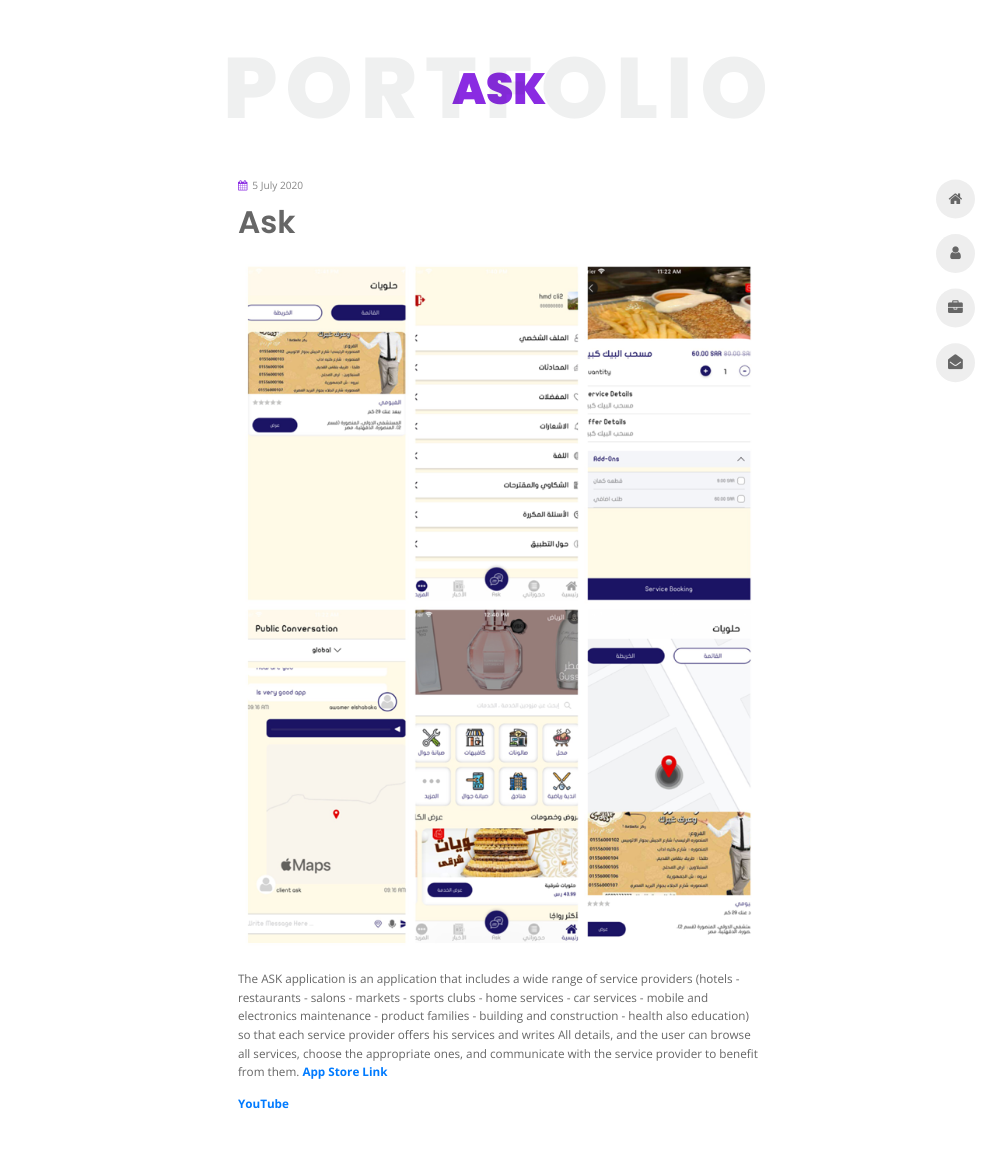
Repository: mhamdimno/mywebsite
Page: projects/gas_station_marsol_seller/index.html
An editor plug-in stored every save of this project. The page is shown before and after the next save, followed by the edit.
The browser window is 1280 px wide. The pictures show the whole page, at 78% of full size.

Above is the page before, as saved 2021-09-14 22:44:01.

### projects/gas_station_marsol_seller/index.html
<!DOCTYPE html>
<html lang="en">

<head>
    <meta charset="utf-8">
    <title>Portfoilio | Ask</title>
    <meta name="viewport" content="width=device-width, initial-scale=1">

    <!-- Template Google Fonts -->
    <link href="https://fonts.googleapis.com/css?family=Poppins:400,400i,500,500i,600,600i,700,700i,800,800i,900,900i" rel="stylesheet">
    <link href="https://fonts.googleapis.com/css?family=Open+Sans:300,400,400i,600,600i,700" rel="stylesheet">

    <!-- Template CSS Files -->
    <link href="../../css/bootstrap.min.css" rel="stylesheet">
    <link href="../../css/preloader.min.css" rel="stylesheet">
    <link href="../../css/circle.css" rel="stylesheet">
    <link href="../../css/font-awesome.min.css" rel="stylesheet">
    <link href="../../css/fm.revealator.jquery.min.css" rel="stylesheet">
    <link href="../../css/style.css" rel="stylesheet">



    <!-- Modernizr JS File -->
    <script src="../../js/modernizr.custom.js"></script>
</head>

<body class="blog-post light">
<!-- Header Starts -->
<header class="header" id="navbar-collapse-toggle">
    <!-- Fixed Navigation Starts -->
    <ul class="icon-menu d-none d-lg-block revealator-slideup revealator-once revealator-delay1">
        <li class="icon-box">
            <i class="fa fa-home"></i>
            <a href="../../index.html">
                <h2>Home</h2>
            </a>
        </li>
        <li class="icon-box">
            <i class="fa fa-user"></i>
            <a href="../../about.html">
                <h2>About</h2>
            </a>
        </li>
        <li class="icon-box">
            <i class="fa fa-briefcase"></i>
            <a href="../../portfolio.html">
                <h2>Portfolio</h2>
            </a>
        </li>
        <li class="icon-box">
            <i class="fa fa-envelope-open"></i>
            <a href="../../contact.html">
                <h2>Contact</h2>
            </a>
        </li>
    </ul>
    <!-- Fixed Navigation Ends -->
    <!-- Mobile Menu Starts -->
    <nav role="navigation" class="d-block d-lg-none">
        <div id="menuToggle">
            <input type="checkbox" />
            <span></span>
            <span></span>
            <span></span>
            <ul class="list-unstyled" id="menu">
                <li><a href="../../index.html"><i class="fa fa-home"></i><span>Home</span></a></li>
                <li><a href="../../about.html"><i class="fa fa-user"></i><span>About</span></a></li>
                <li><a href="../../portfolio.html"><i class="fa fa-folder-open"></i><span>Portfolio</span></a></li>
                <li><a href="../../contact.html"><i class="fa fa-envelope-open"></i><span>Contact</span></a></li>
            </ul>
        </div>
    </nav>
    <!-- Mobile Menu Ends -->
</header>
<!-- Header Ends -->
<!-- Page Title Starts -->
<section class="title-section text-left text-sm-center revealator-slideup revealator-once revealator-delay1">
    <h1><span>Ask</span></h1>
    <span class="title-bg">Portfolio</span>
</section>
<!-- Page Title Ends -->
<!-- Main Content Starts -->
<section class="main-content revealator-slideup revealator-once revealator-delay1">
    <div class="container">
        <div class="row">
            <!-- Article Starts -->
            <article class="col-12">
                <!-- Meta Starts -->
                <div class="meta open-sans-font">
                    <span class="date"><i class="fa fa-calendar"></i> 5 July 2020</span>
                    <span></span>
                </div>
                <!-- Meta Ends -->
                <!-- Article Content Starts -->
                <h1 class="text-uppercase text-capitalize">Ask</h1>
                <img src="../../img/projects/Ask.jpg" class="img-fluid" alt="Blog image"/>
                <div class="blog-excerpt open-sans-font pb-5">
                    <p>

                        The ASK application is an application that includes a wide range of service providers (hotels - restaurants - salons - markets - sports clubs - home services - car services - mobile and electronics maintenance - product families - building and construction - health also education) so that each service provider offers his services and writes All details, and the user can browse all services, choose the appropriate ones, and communicate with the service provider to benefit from them.
                        <strong><a href="https://apps.apple.com/us/app/ask-client/id1565119903" target="_blank">App Store Link</a></strong>

                        <!--<div class="videoWrapper">
                            <iframe width="560" height="349" src="https://www.youtube.com/watch?v=rwyUKQitc4o&feature=youtu.be" frameborder="0" allowfullscreen></iframe>
                          </div>-->
                    </p>
                    <p>
                        <strong><a href="https://youtu.be/MxH3cv90j8A" target="_blank">YouTube</a></strong>

                        <!--<div class="videoWrapper">
                            <iframe width="560" height="349" src="https://www.youtube.com/watch?v=rwyUKQitc4o&feature=youtu.be" frameborder="0" allowfullscreen></iframe>
                          </div>-->
                    </p>

                </div>
                <!-- Article Content Ends -->
            </article>
            <!-- Article Ends -->
        </div>
    </div>
</section>
<!-- Template JS Files -->
<script src="../../js/jquery-3.5.0.min.js"></script>
<script src="../../js/styleswitcher.js"></script>
<script src="../../js/preloader.min.js"></script>
<script src="../../js/fm.revealator.jquery.min.js"></script>
<script src="../../js/imagesloaded.pkgd.min.js"></script>
<script src="../../js/masonry.pkgd.min.js"></script>
<script src="../../js/classie.js"></script>
<script src="../../js/cbpGridGallery.js"></script>
<script src="../../js/jquery.hoverdir.js"></script>
<script src="../../js/popper.min.js"></script>
<script src="../../js/bootstrap.js"></script>
<script src="../../js/custom.js"></script>

</body>

</html>

Loaded but not shown: css/bootstrap.min.css (library); css/preloader.min.css (common file); css/font-awesome.min.css (library); css/fm.revealator.jquery.min.css (common file); js/modernizr.custom.js (library); js/jquery-3.5.0.min.js (library); js/preloader.min.js (common file); js/fm.revealator.jquery.min.js (common file); js/imagesloaded.pkgd.min.js (library); js/masonry.pkgd.min.js (library); js/jquery.hoverdir.js (library); js/popper.min.js (library); js/bootstrap.js (library); js/cbpGridGallery.js (364 lines, source omitted); js/styleswitcher.js (218 lines, source omitted); js/custom.js (142 lines, source omitted); js/classie.js (68 lines, source omitted); css/style.css (1791 lines, source omitted); css/circle.css (1054 lines, source omitted)

After the next save:
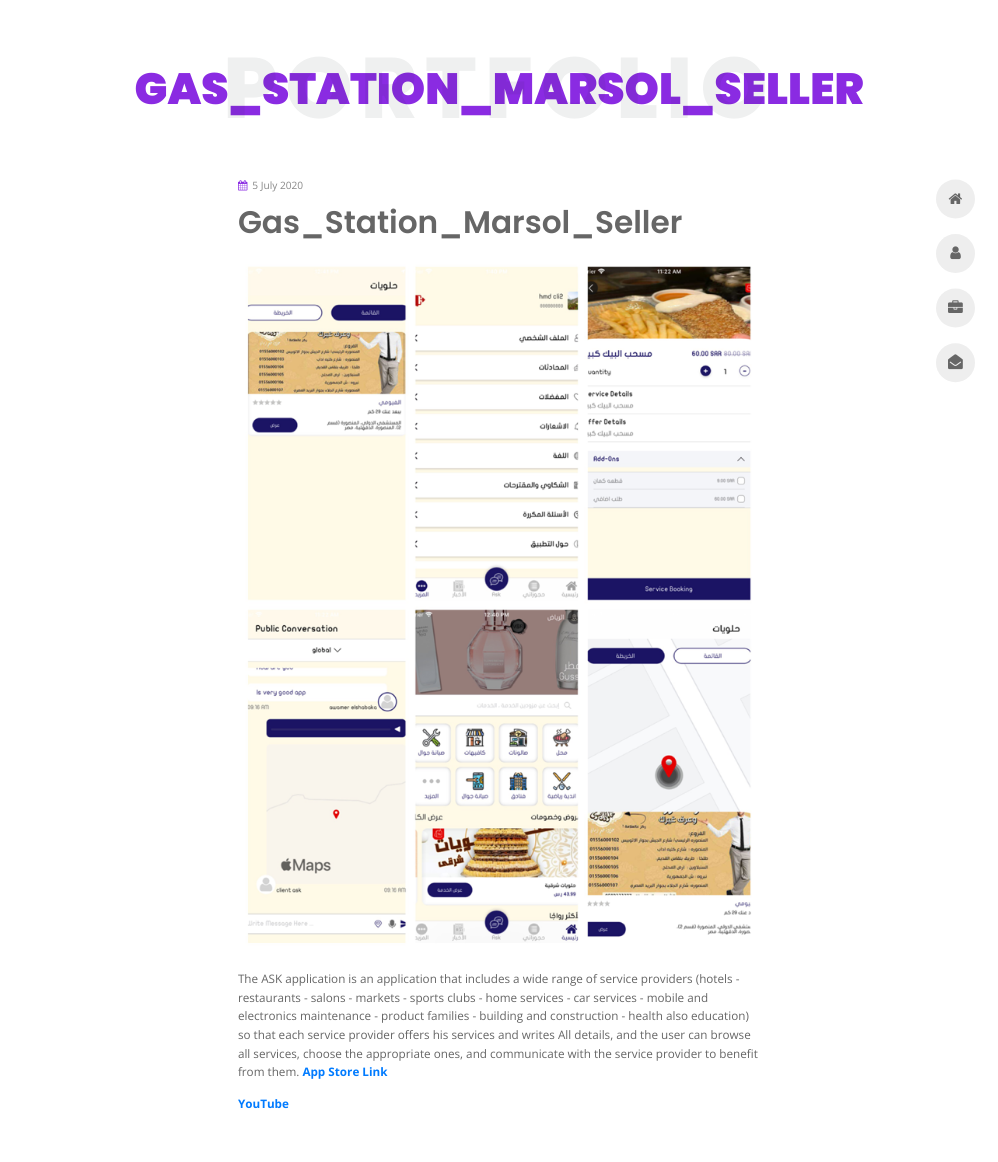
Saved 158 days later.
--- a/projects/gas_station_marsol_seller/index.html
+++ b/projects/gas_station_marsol_seller/index.html
@@ -3,7 +3,7 @@
 
 <head>
     <meta charset="utf-8">
-    <title>Portfoilio | Ask</title>
+    <title>Portfoilio | Gas_Station_Marsol_Seller</title>
     <meta name="viewport" content="width=device-width, initial-scale=1">
 
     <!-- Template Google Fonts -->
@@ -75,7 +75,7 @@
 <!-- Header Ends -->
 <!-- Page Title Starts -->
 <section class="title-section text-left text-sm-center revealator-slideup revealator-once revealator-delay1">
-    <h1><span>Ask</span></h1>
+    <h1><span>Gas_Station_Marsol_Seller</span></h1>
     <span class="title-bg">Portfolio</span>
 </section>
 <!-- Page Title Ends -->
@@ -92,7 +92,7 @@
                 </div>
                 <!-- Meta Ends -->
                 <!-- Article Content Starts -->
-                <h1 class="text-uppercase text-capitalize">Ask</h1>
+                <h1 class="text-uppercase text-capitalize">Gas_Station_Marsol_Seller</h1>
                 <img src="../../img/projects/Ask.jpg" class="img-fluid" alt="Blog image"/>
                 <div class="blog-excerpt open-sans-font pb-5">
                     <p>
